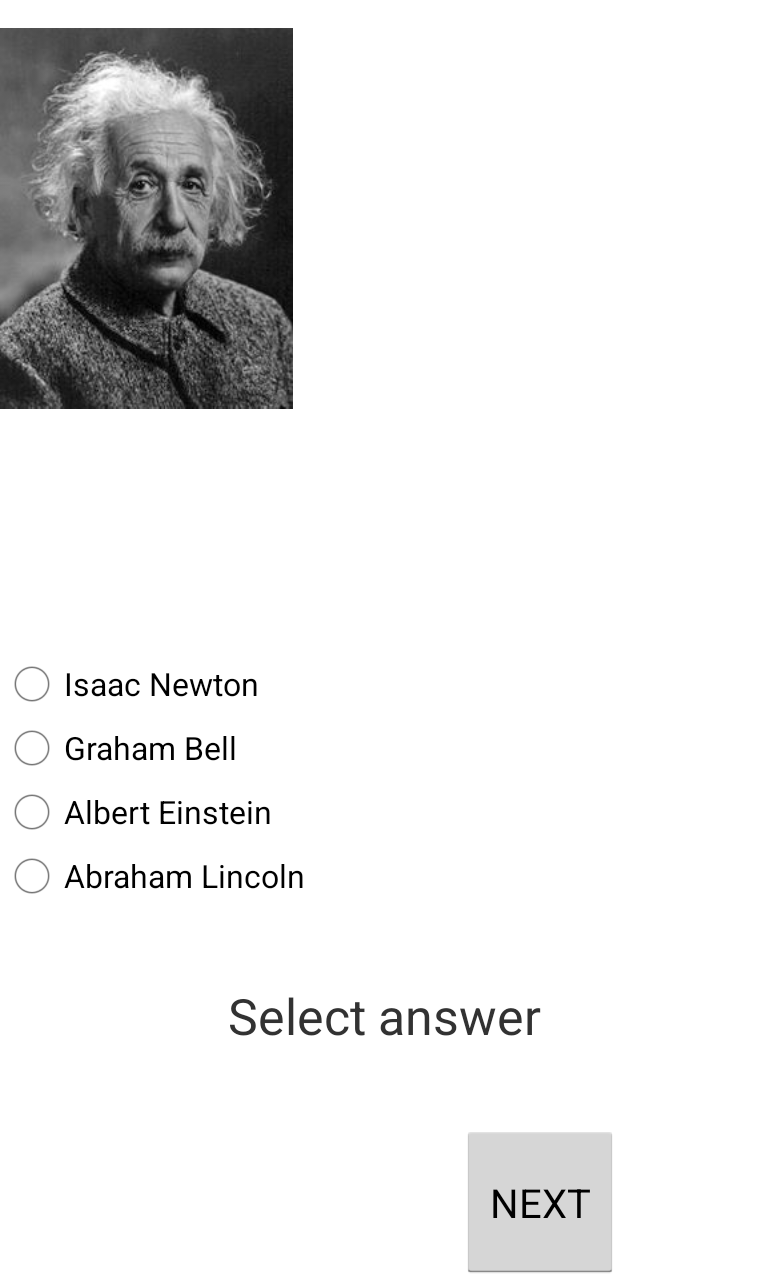
Repository: rupaligarje123/aakash
Layout: androidphotoquiz/FunChem1/photoquiz/res/layout/que2.xml
An editor plug-in stored every save of this project. The layout is shown before and after the next save, followed by the edit.
It is drawn on a 768 x 1280 px phone screen (xhdpi) without system bars, with theme AppTheme; the app's code is not run.

Above is the layout before, as saved 2013-04-18 10:57:42.

### androidphotoquiz/FunChem1/photoquiz/res/layout/que2.xml
<?xml version="1.0" encoding="utf-8"?>
<LinearLayout xmlns:android="http://schemas.android.com/apk/res/android"
    android:layout_width="match_parent"
    android:layout_height="wrap_content"
    android:orientation="vertical" >

    <ImageView
        android:id="@+id/imageView1"
        android:layout_width="wrap_content"
        android:layout_height="wrap_content"
        android:layout_weight="1"
        android:gravity="center"
        android:src="@drawable/pic2" />

    <TextView
        android:id="@+id/editText1"
        android:layout_width="match_parent"
        android:layout_height="80sp"
        android:layout_weight="1"
        android:gravity="center"
        android:text=""
        android:textSize="25sp" >
    </TextView>
<RadioGroup
    android:layout_width="fill_parent"
    android:layout_height="wrap_content"
    android:orientation="vertical">
    >
    <RadioButton
        android:id="@+id/rd201"
        android:layout_width="match_parent"
        android:layout_height="0dp"
        android:layout_weight="1"
        android:text="Isaac Newton" />

    <RadioButton
        android:id="@+id/rd202"
        android:layout_width="match_parent"
        android:layout_height="0dp"
        android:layout_weight="1"
        android:text="Graham Bell" />

    <RadioButton
        android:id="@+id/rd203"
        android:layout_width="match_parent"
        android:layout_height="0dp"
        android:layout_weight="1"
        android:text="Albert Einstein" />

    <RadioButton
        android:id="@+id/rd204"
        android:layout_width="match_parent"
        android:layout_height="0dp"
        android:layout_weight="1"
        android:text="Abraham Lincoln" />
    </RadioGroup>
   <TextView
        android:id="@+id/tvr2"
        android:layout_width="match_parent"
        android:layout_height="80sp"
        android:layout_weight="1"
        android:gravity="center"
        android:text="@string/Result"
        android:textSize="25sp" >
    </TextView>
    <Button
        android:id="@+id/bn2"
        android:layout_width="80sp"
        android:layout_height="50sp"
        android:layout_weight="1"
        android:text="NEXT"
        android:textSize="20sp"
        android:layout_marginLeft="230sp"

        />
</LinearLayout>

### androidphotoquiz/FunChem1/photoquiz/res/values/strings.xml
<?xml version="1.0" encoding="utf-8"?>
<resources>

    <string name="app_name">FunChem</string>
    <string name="action_settings">Settings</string>
    <string name="hello_world">Identify Image</string>
    <string name="Result">Select answer</string>
    <string name="string1">Start</string>

</resources>

Loaded but not shown: androidphotoquiz/FunChem1/photoquiz/res/values/styles.xml (common file); androidphotoquiz/FunChem1/photoquiz/res/values-v11/styles.xml (common file); androidphotoquiz/FunChem1/photoquiz/res/values-v14/styles.xml (common file)

After the next save:
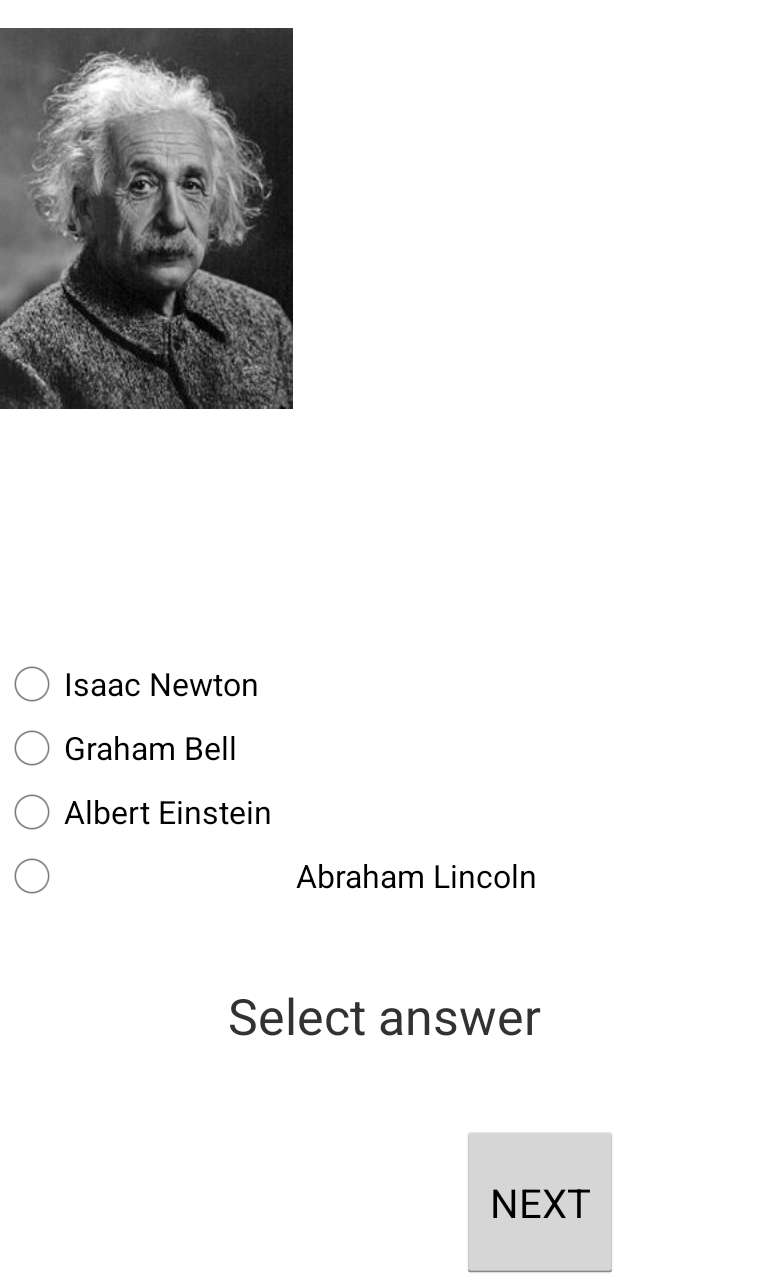
Saved 4 min 7 s later.
--- a/androidphotoquiz/FunChem1/photoquiz/res/layout/que2.xml
+++ b/androidphotoquiz/FunChem1/photoquiz/res/layout/que2.xml
@@ -52,6 +52,7 @@
         android:layout_width="match_parent"
         android:layout_height="0dp"
         android:layout_weight="1"
+        android:gravity="center"
         android:text="Abraham Lincoln" />
     </RadioGroup>
    <TextView
